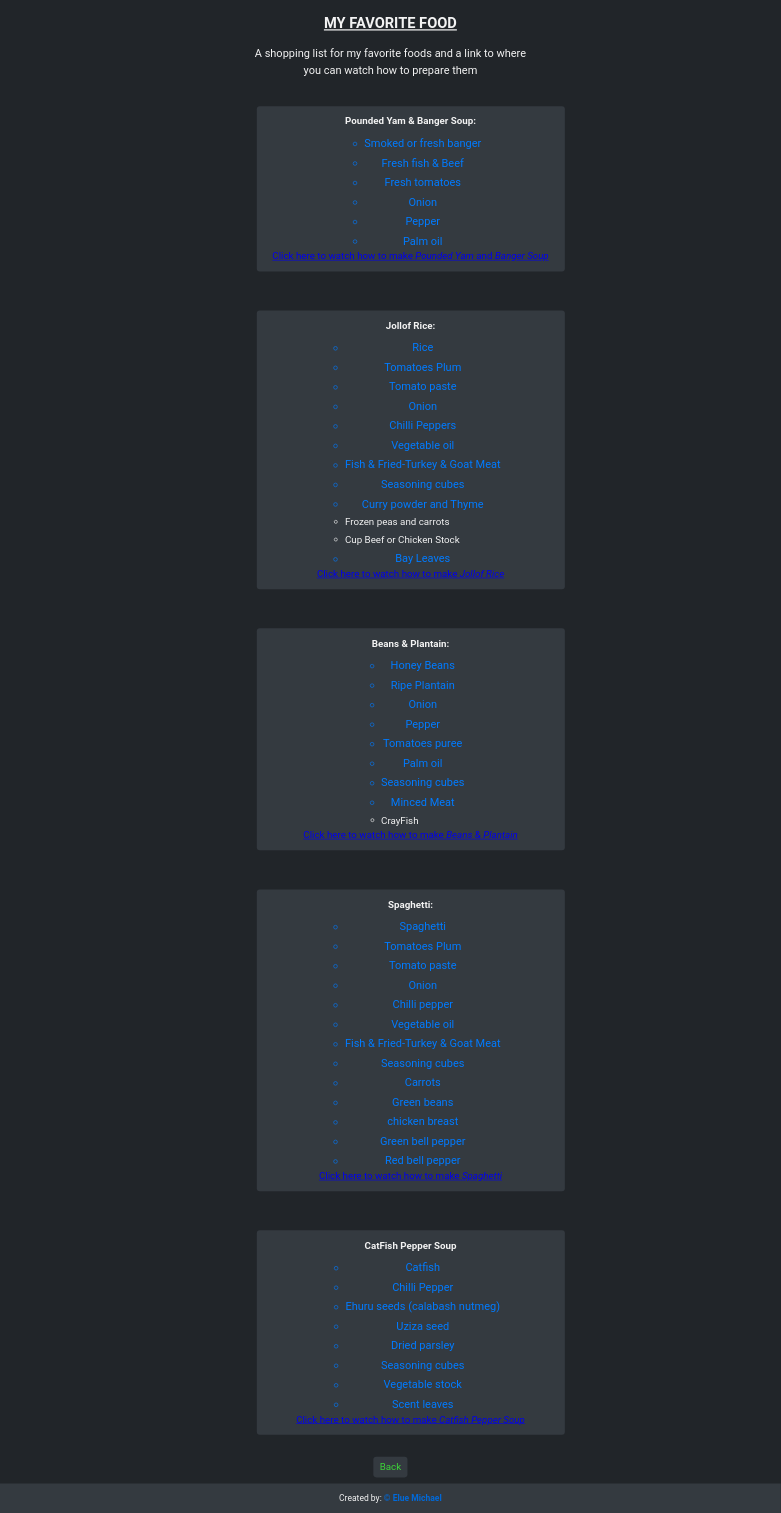
Repository: MikkyPrestige/html-website
Page: pages/food.html
The author's editor kept a copy of each file at every save. The page is drawn from the files as they stood at one save, then again after the next save.
The browser window is 1280 px wide. The pictures show the whole page, at 61% of full size.

Above is the page before, as saved 2023-04-29 14:41:39.

### pages/food.html
<!DOCTYPE html>
<html lang="en">

<head>
  <meta charset="UTF-8">
  <meta http-equiv="X-UA-Compatible" content="IE=edge">
  <meta name="viewport" content="width=device-width, initial-scale=1.0">
  <title>Food</title>
  <link rel="stylesheet" href="../index.css">
</head>

<body>
  <main class="main">
    <section class="section">
      <div class="fav">
        <h1 class="fav-heading"><u>My favorite food</u></h1>
        <p class="fav-subheading">A shopping list for my favorite foods and a link to where you can watch how to prepare
          them</p>
      </div>
      <ol class="lists">
        <li class="food-list"><strong>Pounded Yam & Banger Soup:</strong>
          <ul class="food-lists">
            <li class="food-item">Smoked or fresh banger</li>
            <li class="food-item">Fresh fish & Beef</li>
            <li class="food-item">Fresh tomatoes</li>
            <li class="food-item">Onion</li>
            <li class="food-item">Pepper</li>
            <li class="food-item">Palm oil</li>
          </ul>
          <a href="https://www.youtube.com/watch?v=iiAYMcQz1eA" target="_blank" class="food-link">Click here to watch
            how to make
            <em>Pounded
              Yam</em>
            and <em>Banger Soup</em></a>
        </li>
        <div>&nbsp;</div>
        <li class="food-list"><strong>Jollof Rice:</strong>
          <ul class="food-lists">
            <li class="food-item">Rice</li>
            <li class="food-item">Tomatoes Plum</li>
            <li class="food-item">Tomato paste</li>
            <li class="food-item">Onion</li>
            <li class="food-item">Chilli Peppers</li>
            <li class="food-item">Vegetable oil</li>
            <li class="food-item">Fish & Fried-Turkey & Goat Meat</li>
            <li class="food-item">Seasoning cubes</li>
            <li class="food-item">Curry powder and Thyme</li>
            <li>Frozen peas and carrots</li>
            <li>Cup Beef or Chicken Stock</li>
            <li class="food-item">Bay Leaves</li>
          </ul>
          <a href="https://www.youtube.com/watch?v=z4tNAyRdo70" target="_blank" class="food-link">Click here to watch
            how to make
            <em>Jollof
              Rice</em></a>
        </li>
        <div>&nbsp;</div>
        <li class="food-list"><strong>Beans & Plantain:</strong>
          <ul class="food-lists">
            <li class="food-item">Honey Beans</li>
            <li class="food-item">Ripe Plantain</li>
            <li class="food-item">Onion</li>
            <li class="food-item">Pepper</li>
            <li class="food-item">Tomatoes puree</li>
            <li class="food-item">Palm oil</li>
            <li class="food-item">Seasoning cubes</li>
            <li class="food-item">Minced Meat</li>
            <li>CrayFish</li>
          </ul>
          <a href="https://www.youtube.com/watch?v=27Ioybrq1TY" target="_blank" class="food-link">Click here to watch
            how to make
            <em>Beans</em> & <em>Plantain</em></a>
        </li>
        <div>&nbsp;</div>
        <li class="food-list"><strong>Spaghetti:</strong>
          <ul class="food-lists">
            <li class="food-item">Spaghetti</li>
            <li class="food-item">Tomatoes Plum</li>
            <li class="food-item">Tomato paste</li>
            <li class="food-item">Onion</li>
            <li class="food-item">Chilli pepper</li>
            <li class="food-item">Vegetable oil</li>
            <li class="food-item">Fish & Fried-Turkey & Goat Meat</li>
            <li class="food-item">Seasoning cubes</li>
            <li class="food-item">Carrots</li>
            <li class="food-item">Green beans</li>
            <li class="food-item">chicken breast</li>
            <li class="food-item">Green bell pepper</li>
            <li class="food-item">Red bell pepper</li>
          </ul>
          <a href="https://www.youtube.com/watch?v=PoNZSSqjRvo" target="_blank" class="food-link">Click here to watch
            how to make
            <em>Spaghetti</em></a>
        </li>
        <div>&nbsp;</div>
        <li class="food-list"><strong>CatFish Pepper Soup</strong>
          <ul class="food-lists">
            <li class="food-item">Catfish</li>
            <li class="food-item">Chilli Pepper</li>
            <li class="food-item">Ehuru seeds (calabash nutmeg)</li>
            <li class="food-item">Uziza seed</li>
            <li class="food-item">Dried parsley</li>
            <li class="food-item">Seasoning cubes</li>
            <li class="food-item">Vegetable stock</li>
            <li class="food-item">Scent leaves</li>
          </ul>
          <a href="https://www.youtube.com/watch?v=PV-L4kaWrAI" target="_blank" class="food-link">Click here to watch
            how to make
            <em>Catfish
              Pepper Soup</em></a>
        </li>
      </ol>
      <div class="back">
        <a href="../index.html" class="back-link">Back</a>
      </div>
    </section>
    <footer class="footer">
      <p class="footer-text">Created by: <a href="#" target="_blank" class="footer-link">
          &copy; <strong>Elue Michael</strong>
        </a>
      </p>
    </footer>
  </main>
</body>

</html>

### index.css
body {
  background-color: #212529;
  font-family: 'Roboto', sans-serif;
  font-size: 16px;
  font-weight: 400;
  line-height: 1.5;
  color: #f3f3f3;
  text-align: left;
  margin: 0;
  padding: 0;
  width: 100%;
  height: 100vh;
}

.main {
  display: flex;
  flex-direction: column;
  justify-content: space-between;
  align-items: center;
  height: 100%;
}

.section {
  display: flex;
  flex-direction: column;
  justify-content: center;
  align-items: center;
  width: 100%;
}

.btn {
  background-color: #007bff;
  padding: 5px;
  border-radius: 5px;
  transition: all .15s ease-in-out;
  border: none;
  outline: none;
  margin: -20px 0 50px 0;
}

.btn:hover {
  background-color: #0069d9;
}

.btn-link {
  color: #f3f3f3;
  font-size: 14px;
  text-decoration: none;
  cursor: pointer;
}

.section1 {
  display: flex;
  flex-direction: column;
  justify-content: center;
  align-items: center;
}

.section1-header {
  font-size: 24px;
  font-weight: 700;
  margin-bottom: 5px;
  text-transform: uppercase;
}

.section1-content {
  display: flex;
  justify-content: space-around;
  align-items: center;
  width: 100%;
}

.section1-text {
  font-size: 18px;
  font-weight: 400;
}

.section1-link,
.section1-link:link,
.section1-link:visited {
  color: #0069d9;
  text-decoration: none;
  cursor: pointer;
}

.section1-link:hover {
  text-decoration: underline;
  color: #f3f3f3;
}

/* BOOKS CSS */
.fav {
  display: flex;
  flex-direction: column;
  justify-content: center;
  align-items: center;
}

.fav-heading {
  font-size: 24px;
  font-weight: 700;
  margin-bottom: 0px;
  text-transform: uppercase;
}

.fav-subheading {
  font-size: 18px;
  font-weight: 400;
  margin-bottom: 30px;
  width: 65%;
  text-align: center;
}

.books-lists {
  display: flex;
  flex-direction: column;
  justify-content: center;
  align-items: center;
  gap: 20px;
  list-style: none;
}

.books-item {
  width: 100%;
  max-width: 500px;
  padding: 13px;
  border-radius: 5px;
  background-color: #343a40;
}

.books-item:hover {
  background-color: #212529;
}

.books-link,
.books-link:link,
.books-link:visited {
  color: #f3f3f3;
  text-decoration: none;
  cursor: pointer;
}

.books-link:hover {
  text-decoration: underline;
}

.lists {
  display: flex;
  flex-direction: column;
  justify-content: center;
  gap: 20px;
  list-style: none;
}

.movie-list {
  display: flex;
  justify-content: space-between;
  align-items: center;
  width: 100%;
  max-width: 500px;
  padding: 13px;
  border-radius: 5px;
  background-color: #343a40;
}

.movie-list:hover {
  background-color: #212529;
}

.list--lists {
  display: flex;
  flex-direction: column;
  justify-content: center;
  gap: 5px;
}

.movie-link,
.movie-link:link,
.movie-link:visited {
  color: #f3f3f3;
  text-decoration: none;
  cursor: pointer;
}

.movie-link:hover {
  text-decoration: underline;
}

.game-lists {
  display: flex;
  flex-direction: column;
  justify-content: center;
  gap: 20px;
  list-style: none;
}

.game-list {
  display: flex;
  justify-content: space-between;
  align-items: center;
  width: 100%;
  max-width: 500px;
  padding: 13px;
  border-radius: 5px;
  background-color: #343a40;
}

.game-list:hover {
  background-color: #212529;
}

.game-link,
.game-link:link,
.game-link:visited {
  color: #f3f3f3;
  text-decoration: none;
  cursor: pointer;
}

.game-link:hover {
  text-decoration: underline;
}

.food-list {
  display: flex;
  flex-direction: column;
  justify-content: center;
  align-items: center;
  width: 100%;
  max-width: 500px;
  padding: 13px;
  border-radius: 5px;
  background-color: #343a40;
}

.food-lists {
  display: flex;
  flex-direction: column;
  justify-content: center;
  gap: 5px;
  margin-top: 10px;
}

.food-item {
  color:#007bff;
  font-size: 18px;
  font-weight: 400;
  text-align: center;
  width: 100%;
}

.place-list {
  display: flex;
  flex-direction: column;
  justify-content: center;
  align-items: center;
  width: 100%;
  max-width: 500px;
  padding: 13px;
  border-radius: 5px;
  background-color: #343a40;
}

.place-list:hover {
  background-color: #212529;
}

.place-lists {
  display: flex;
  flex-direction: column;
  justify-content: center;
  gap: 5px;
}

.place-link,
.place-link:link,
.place-link:visited {
  color: #0069d9;
  text-decoration: none;
  cursor: pointer;
}

.place-link:hover {
  text-decoration: underline;
  color: #f3f3f3;
}

.back {
  margin: 20px 0 10px 0;
  padding: 5px 10px;
  border-radius: 5px;
  background-color: #343a40;
}

.back:hover {
  background-color: #212529;
}

.back-link,
.back-link:link,
.back-link:visited {
  color: #3dd638;
  text-decoration: none;
  cursor: pointer;
}

.back-link:hover {
  text-decoration: underline;
}

.footer {
  display: flex;
  justify-content: center;
  align-items: center;
  width: 100%;
  height: 50px;
  background-color: #343a40;
}

.footer-text {
  font-size: 14px;
  font-weight: 400;
  color: #f3f3f3;
}

.footer-link,
.footer-link:link,
.footer-link:visited {
  color: #0069d9;
  text-decoration: none;
  cursor: pointer;
}

After the next save:
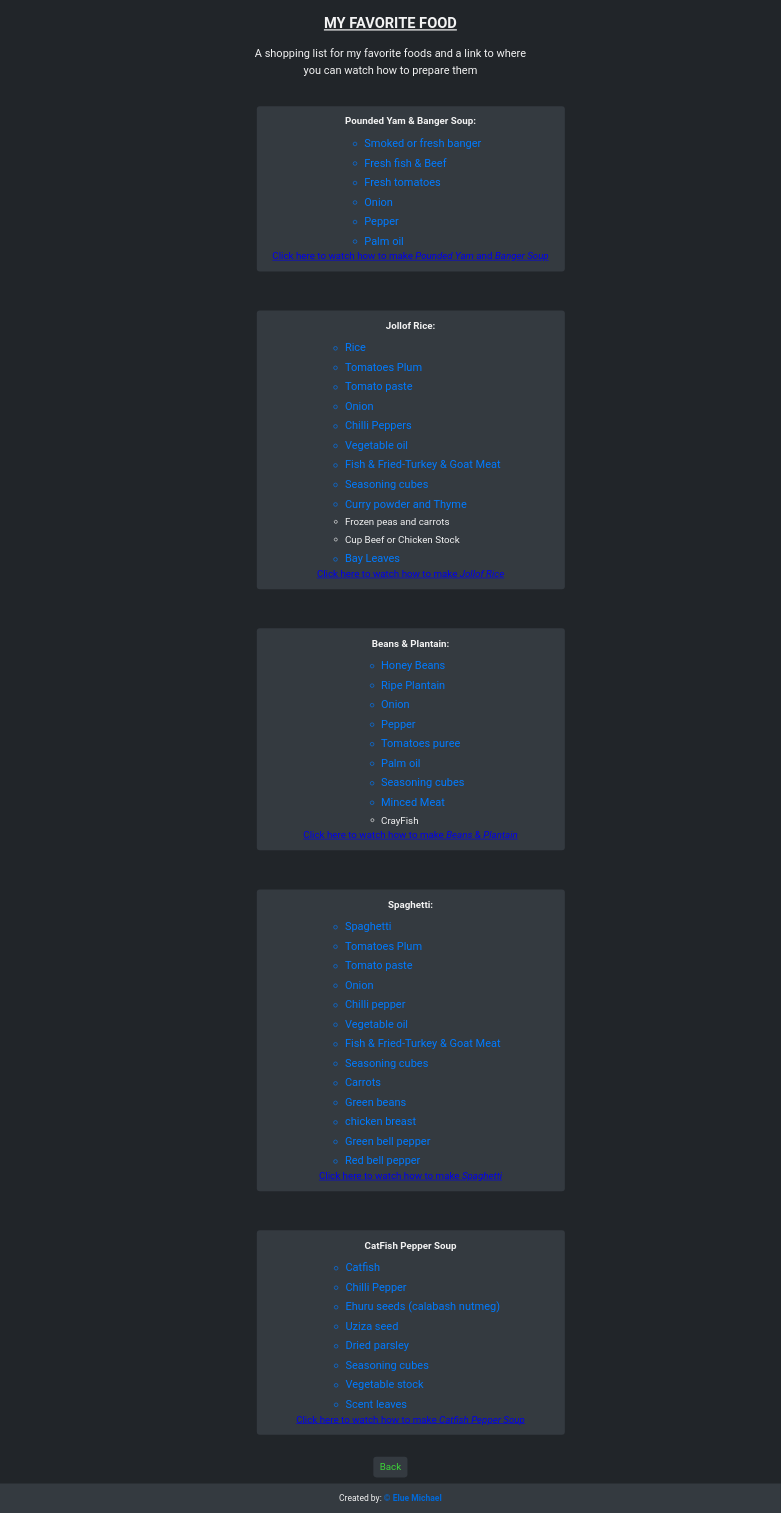
Saved 7 s later.
--- a/index.css
+++ b/index.css
@@ -244,9 +244,6 @@
 .food-item {
   color:#007bff;
   font-size: 18px;
-  font-weight: 400;
-  text-align: center;
-  width: 100%;
 }
 
 .place-list {
